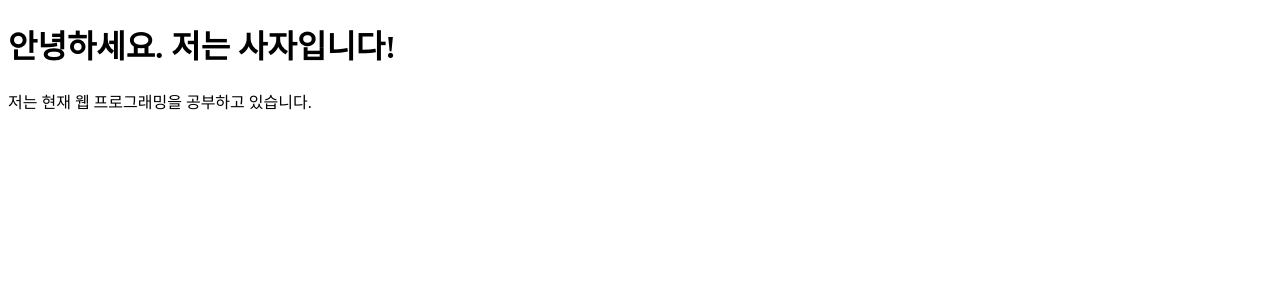
Repository: seungminlll3420/ruby_on_rails
Page: index.html
The author's editor kept a record of every edit. The page is drawn from the files as they stood at one moment, then again after the next edit.
The browser window is 1280 px wide. The pictures show the whole page.

Above is the page before.

After the next edit:
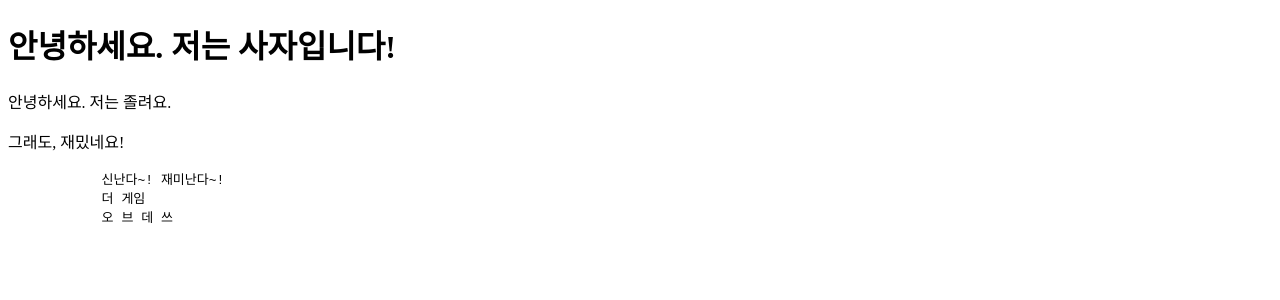
The edit:
--- a/index.html
+++ b/index.html
@@ -6,6 +6,12 @@
     </head>
     <body>
         <h1>안녕하세요. 저는 사자입니다! </h1>
-        <p>저는 현재 웹 프로그래밍을 공부하고 있습니다.</p>
+        <p>안녕하세요. 저는 졸려요.</p>
+        <p>그래도, 재밌네요!</p>
+        <pre>
+            신난다~! 재미난다~!
+            더 게임
+            오 브 데 쓰
+        </pre>
     </body>
 </html>
